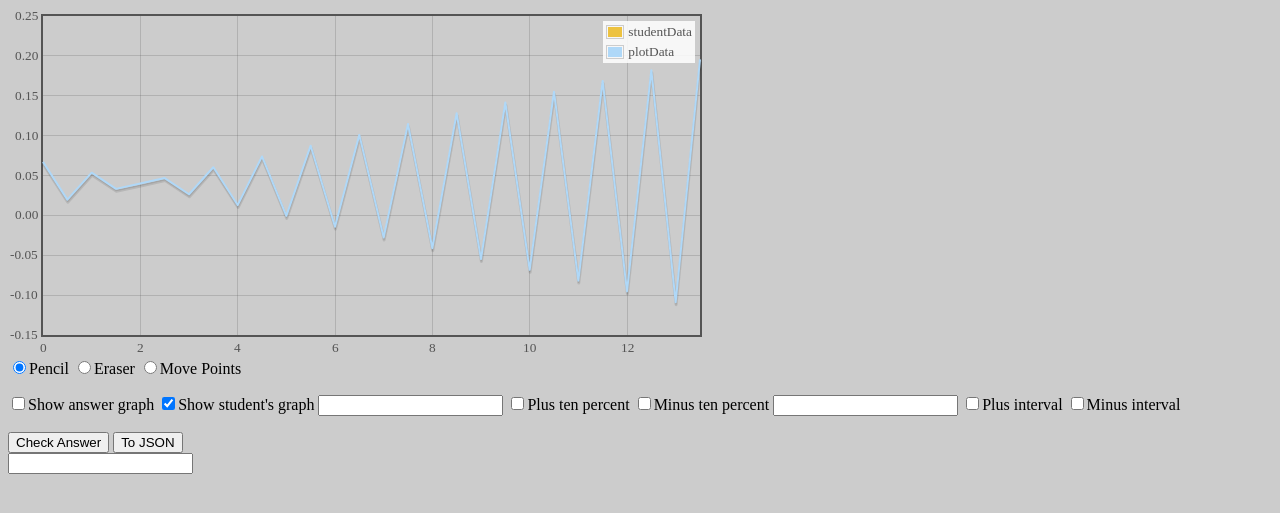
Repository: danmartelly/601autogradeGraphs
Page: flotSketching/test.html
The author's editor kept a copy of each file at every save. The page is drawn from the files as they stood at one save, then again after the next save.
The browser window is 1280 px wide. The pictures show the whole page.

Above is the page before, as saved 2014-01-28 18:41:28.

After the next save:
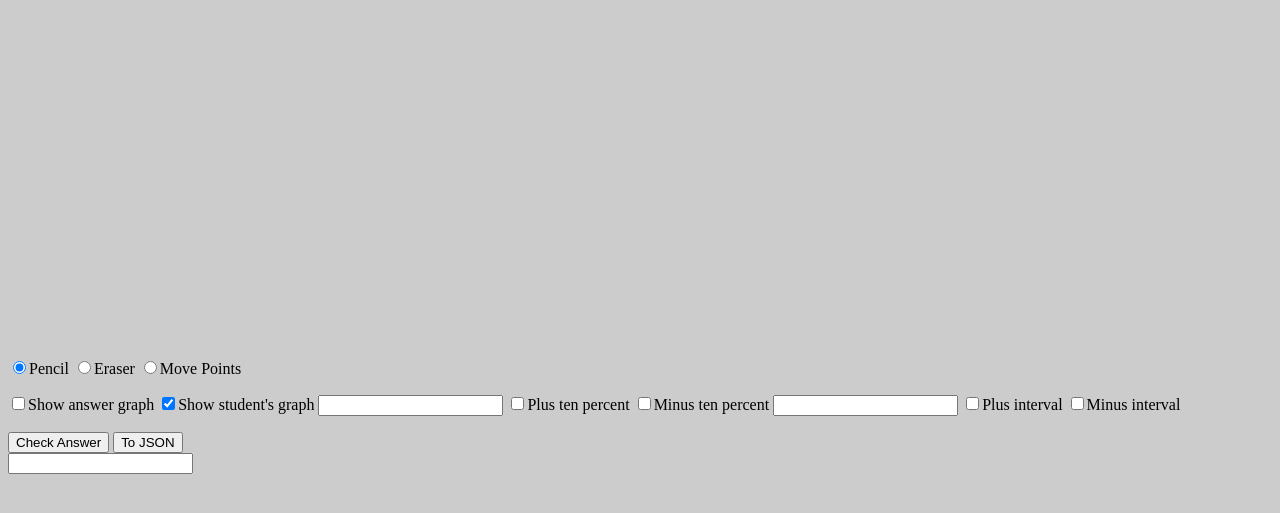
Console error: SyntaxError: Unexpected number
Saved 83 s later.
--- a/flotSketching/test.js
+++ b/flotSketching/test.js
@@ -12,7 +12,7 @@
 		label: "plotData"
 		, data: []
 	};
-	function genericSin(x, amp, freq, xShift, offset) {
+	function genericSin(x, 2.15452795, 99964759, xShift, offset) {
 		return amp*Math.sin(2*Math.PI*freq*(x - xShift)) + offset
 	}
 	for (var i = 0; i < 14; i += 0.5) {

After the 4 saves that followed:
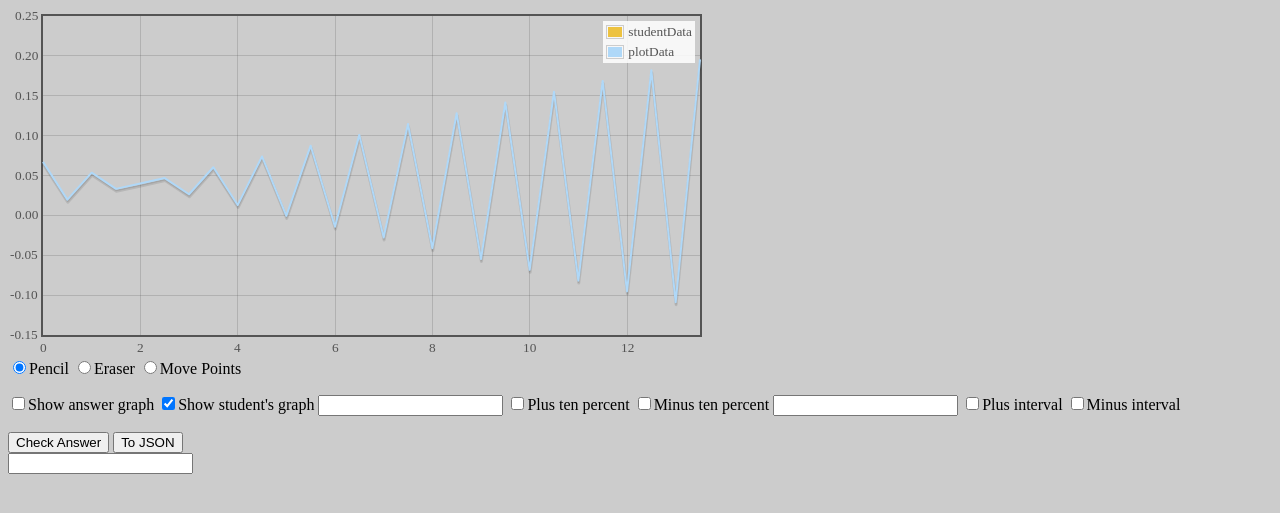
The error is gone.
The 4 saves are shown as one change because 3 left the picture as it was.
The last was saved 61 s later.
--- a/flotSketching/test.js
+++ b/flotSketching/test.js
@@ -12,7 +12,7 @@
 		label: "plotData"
 		, data: []
 	};
-	function genericSin(x, 2.15452795, 99964759, xShift, offset) {
+	function genericSin(x, amp, freq, xShift, offset) {
 		return amp*Math.sin(2*Math.PI*freq*(x - xShift)) + offset
 	}
 	for (var i = 0; i < 14; i += 0.5) {
